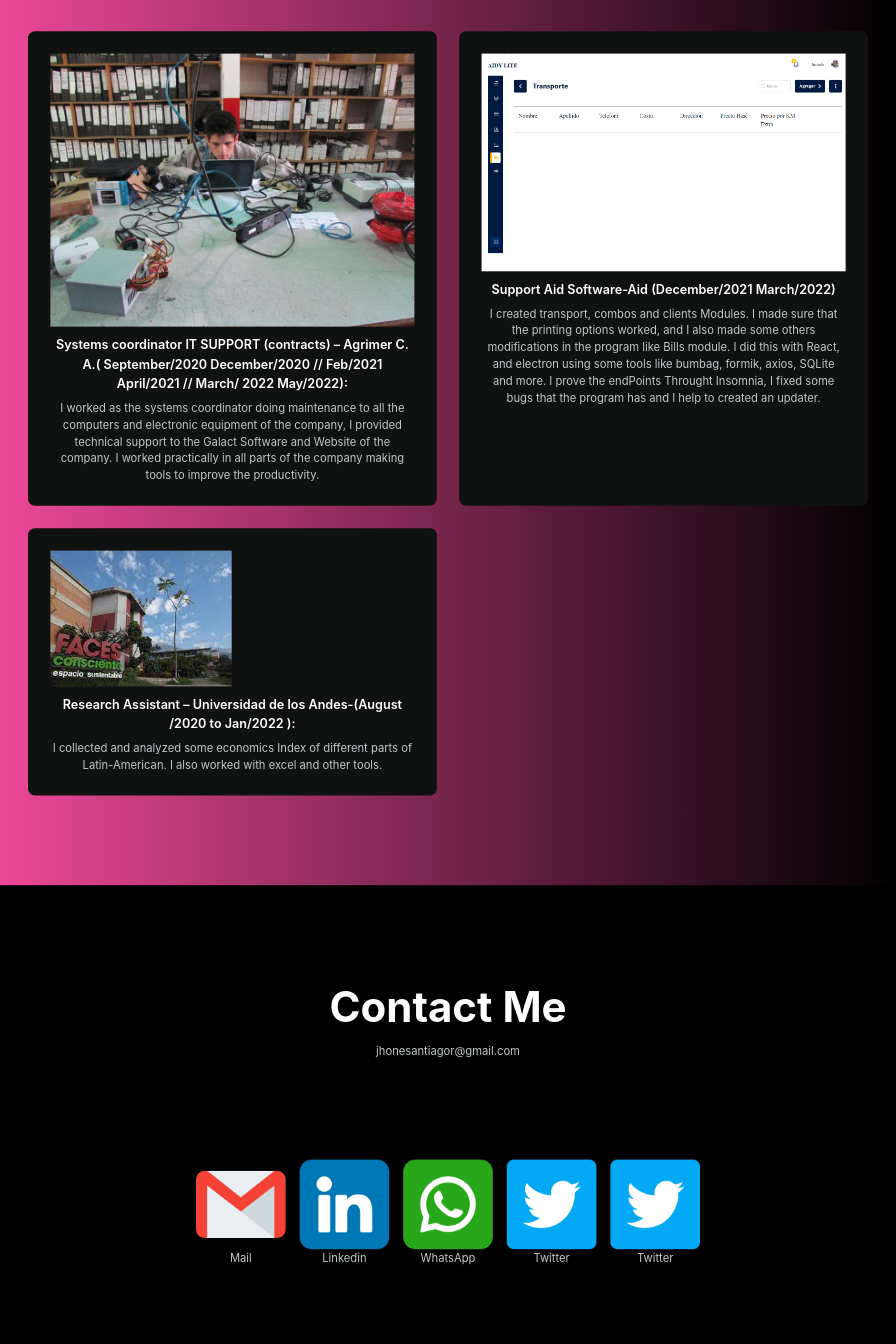
Repository: jhonenmanuel1/Repository-Jhon-Next-its
Page: /
These files come from the project's save history. The page is drawn as it stood at one moment and after the next save; the edit follows.
The browser window is 1280 px wide. The pictures show the part of the page from y = 2472 to 4392 px (the page is 4392 px tall), at 70% of full size.
The project was rebuilt for these pictures with package versions that can differ from the ones it lists, and the page was loaded fresh each time. The framework's server and built-in components were replaced by stand-ins that run in the browser. Also part of the build but not shown: next.config.js.

Above is the page before, as saved 2022-06-07 19:36:42.

After the next save:
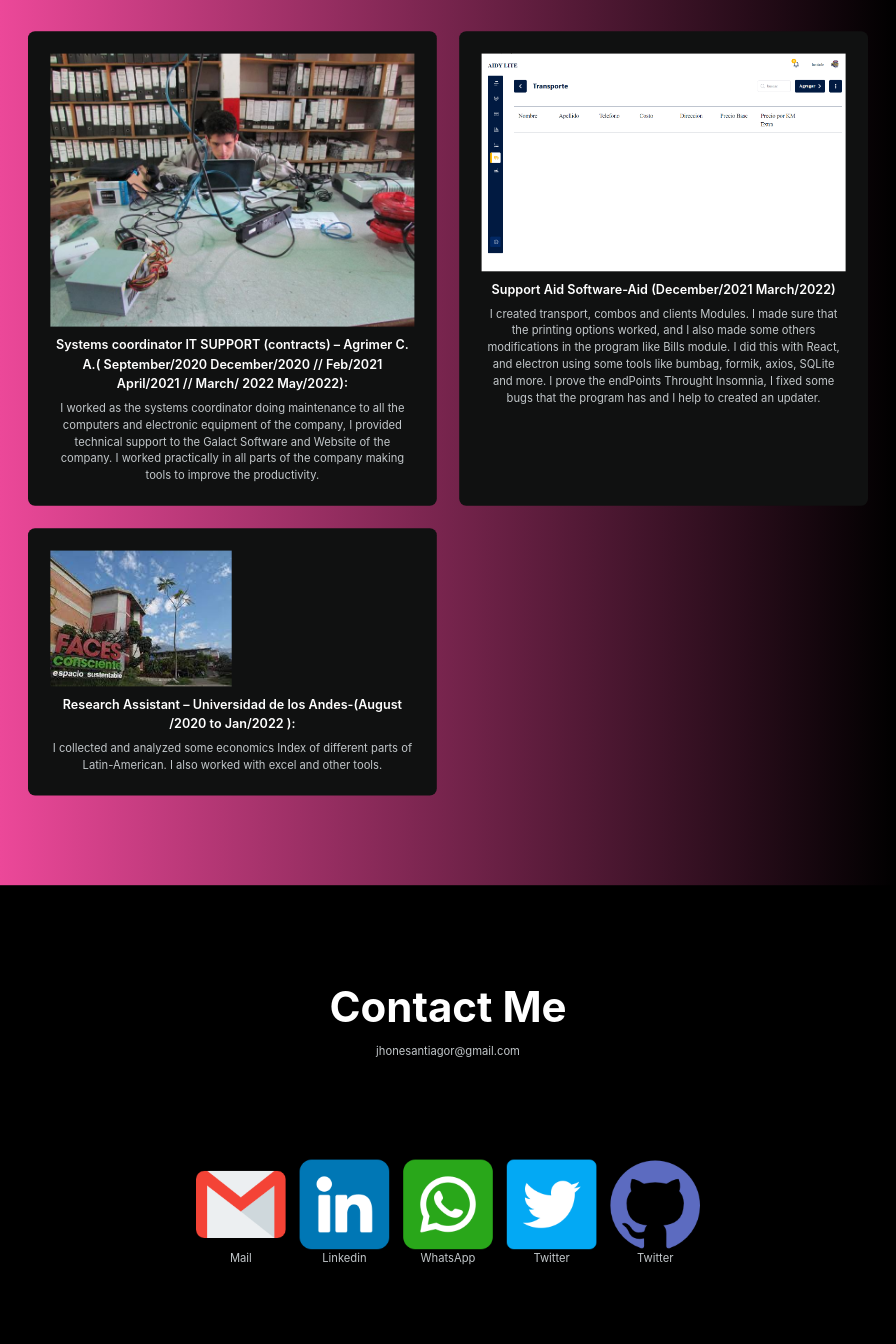
Saved 11 s later.
--- a/components/Footer.js
+++ b/components/Footer.js
@@ -25,7 +25,7 @@ export default function Footer() {
               <a href="https://twitter.com/jhonenmsantiago">
                 <img src="images/nicons/gorjeo.png"></img>Twitter
               </a>
-              <a href="https://github.com/jhonenmanuel1"><img src="images/nicons/gorjeo.png"></img>Twitter</a>
+              <a href="https://github.com/jhonenmanuel1"><img src="images/nicons/github.png"></img>Twitter</a>
             </div>
           </div>
         </div>
